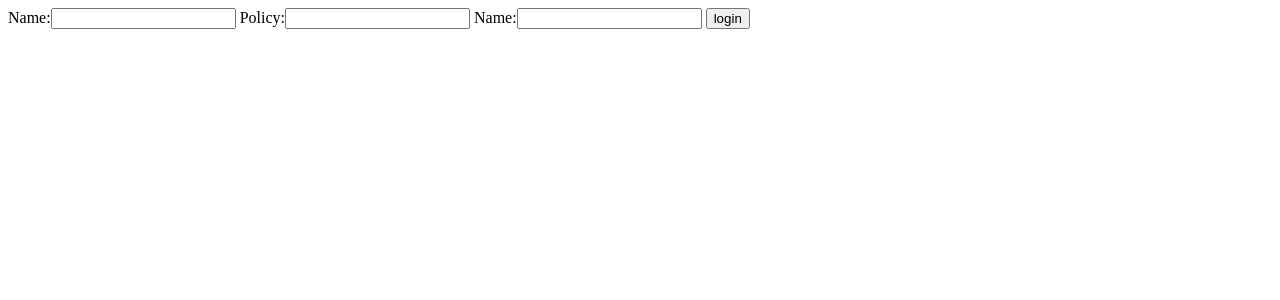
Repository: GOUTHAMREDDY1198/DBS_SPRING
Page: http://localhost/Insurance/
These files come from the project's save history. The page is drawn as it stood at one moment and after the next save; the edit follows.
The browser window is 1280 px wide. The pictures show the whole page.
The page is served by Tomcat 9.

Above is the page before, as saved 2020-11-10 17:24:10.

After the next save:
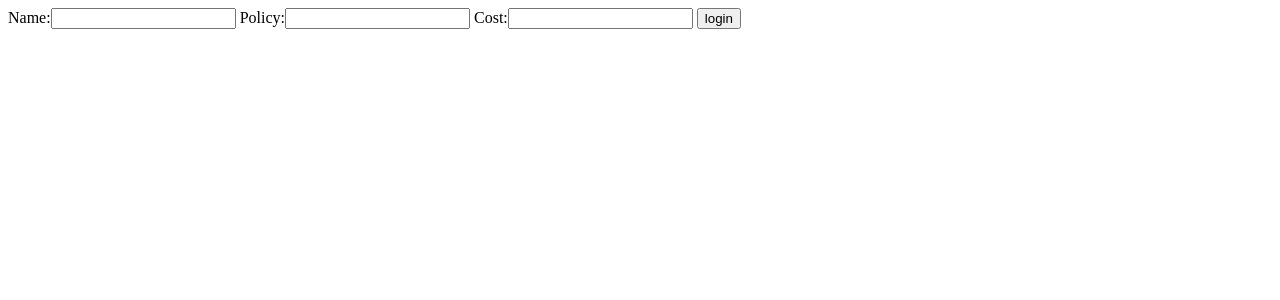
Saved 38 min 28 s later.
--- a/Insurance/WebContent/index.jsp
+++ b/Insurance/WebContent/index.jsp
@@ -1,7 +1,7 @@
 <form action="login" method="get">
 Name:<input type="text" name="name"/>
-Policy:<input type="text" name="name"/>
-Name:<input type="text" name="name"/>
+Policy:<input type="text" name="policy"/>
+Cost:<input type="text" name="cost"/>
 
 <input type="submit" value="login"/>
 </form>
